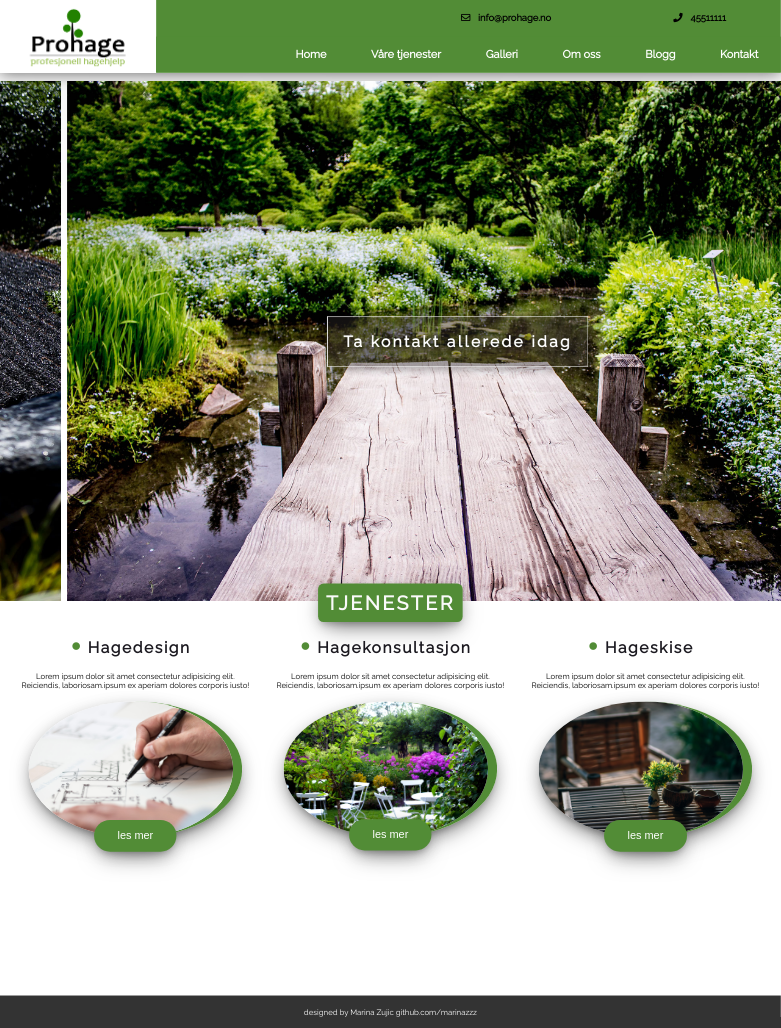
Repository: marinazzz/garden-design-website
Page: Garden design website/index.html
An editor plug-in stored every save of this project. The page is shown before and after the next save, followed by the edit.
The browser window is 1280 px wide. The pictures show the whole page, at 61% of full size.

Above is the page before, as saved 2020-04-01 12:44:36.

### Garden design website/index.html
<!DOCTYPE html>
<html lang="nb">
<head>
    <title>Hagedesign Oslo</title>
    <link rel="stylesheet" type="text/css" href="CSS/fontawesome-free-5.12.1-web/css/all.min.css">
    <link rel="stylesheet" type="text/css" href="CSS/style.css"/>
    <link rel="stylesheet" type="text/css" href="CSS/min-width-768px.css">
    <link rel="stylesheet" type="text/css" href="CSS/min-width-992px.css">
    <link rel="stylesheet" href="https://cdnjs.cloudflare.com/ajax/libs/animate.css/3.7.2/animate.min.css">
    <link rel="stylesheet" type="text/css" href="PLUGINS/glide-master/dist/css/glide.core.min.css" />
    <link rel="stylesheet" type="text/css" href="PLUGINS/glide-master/dist/css/glide.theme.min.css" />
    <link href="https://fonts.googleapis.com/css?family=Raleway&display=swap" rel="stylesheet">
    <meta name="viewport" content="width=device-width, initial-scale=1" charset="UTF-8">
</head>
<body>
    <header class="header--white-green">
        <div class="wrapper">
        <div class="container__menu--small container__menu"> <!--grid container-->
            <div class="container__logo"> <!--1.column-->
                <img class="logo"src="images/prohage black.png" alt="Prohage logo">
            </div>
            <div class="container__items--small container__items"> <!--2.column-->
                <div class="container__item"> <!--1.row-->
                     <a href="mailto:info@prohage.no"
                         class ="container__item-txt"><i class="far fa-envelope"></i>info@prohage.no</a>
                     <a href="tlf:45511111"
                         class="container__item-txt"><i class="fas fa-phone"></i>45511111</a>
                </div>
               <div class="container__item-bottom"> <!--2.row-->
                   <button class="menu__toggle">
                       <i class="fas fa-bars"></i>
                   </button>
                   <nav id="menu">
                        <ul class="menu__list">
                            <li class="menu__item">
                                <a class="menu__link" href="home">Home</a>
                            </li>
                            <li class="menu__item">
                                <a class="menu__link" href="#services">Våre tjenester</a>
                            </li>
                            <li class="menu__item">
                                <a class="menu__link" href="#gallery">Galleri</a>
                            </li>
                            <li class="menu__item">
                                <a class="menu__link" href="#about">Om oss</a>
                            </li>
                            <li class="menu__item">
                                <a class="menu__link" href="#blog">Blogg</a>
                            </li>
                            <li class="menu__item">
                                <a class="menu__link" href="kontakt">Kontakt</a>
                            </li>
                       </ul>
                   </nav>
               </div>
            </div>
            </div>
        </div>
        <section id="main-photo">
            <div class="glide">
                <div class="glide__track"
                     data-glide-el="track">
                    <ul class="glide__slides">
                        <li class="glide__slide">
                            <img class="main-photo__item"
                                 srcset="images/daylight-environment-garden-2000.jpg 2000w,
                                         images/daylight-environment-garden-1000.jpg 1000w"
                                 sizes="(min-width: 1440px) 2000px, 100vw"
                                 src="images/daylight-environment-garden-2000.jpg" alt="Garden and plants" />
                                 <h1 class="main-photo__title">Profesjonell hagehjelp</h1>
                        </li>
                        <li class="glide__slide">
                            <img class="main-photo__item"
                                 srcset="images/main-header-photo-2000.jpg 2000w,
                                          images/main-header-photo-1000.jpg 1000w"
                                 sizes="(min-width: 1440px) 2000px, 100vw"
                                 src="images/main-header-photo-2000.jpg" alt="Garden and plants" />
                                 <h1 class="main-photo__title">Ta kontakt allerede idag</h1>
                                </li>
                        <li class="glide__slide">
                            <img class="main-photo__item"
                                 srcset="images/header-photo-2000.jpg 2000w,
                                         images/header-photo-1000.jpg 1000w"
                                 sizes="(min-width: 1440px) 2000px, 100vw"
                                 src="images/header-photo-2000.jpg" alt="Garden designed by proffesional" />
                                 <h1 class="main-photo__title">Rådgiving og tipser</h1>
                        </li>
                        <li class="glide__slide">
                            <img class="main-photo__item"
                                 srcset="images/bloom-blooming-blur-2000.jpg 2000w,
                                         images/bloom-blooming-blur-1000.jpg 1000w"
                                 sizes="(min-width: 1440px) 2000px, 100vw"
                                 src="images/bloom-blooming-blur-2000.jpg" alt="Garden designed by proffesional" />
                                 <h1 class="main-photo__title">Følg vår hageblogg</h1>
                        </li>
                    </ul>
                </div>
                <!--<div class="glide__arrows"
                         data-glide-el="controls">
                        <button class="glide__arrow glide__arrow--left"
                                data-glide-dir="<">
                            <i class="fas fa-chevron-circle-left"></i>
                        </button>
                        <button class="glide__arrow glide__arrow--right"
                                data-glide-dir=">">
                            <i class="fas fa-chevron-circle-right"></i>
                        </button>
                    </div>-->
            </div>

            <!--<img class="main-photo__item1"
                 srcset="images/architecture-clouds-daylight-2000.jpg 2000w,
                         images/architecture-clouds-daylight-1000.jpg 1000w"
                 sizes="(min-width: 1440px) 2000px, 100vw"
                 src="images/architecture-clouds-daylight-2000.jpg" alt="Garden">
            <img class="main-photo__item2"
                 srcset="images/header-photo-2000.jpg 2000w,
                         images/header-photo-1000.jpg 1000w"
                 sizes="(min-width: 1440px) 2000px, 100vw"
                 src="images/header-photo-2000.jpg" alt="Garden designed by proffesional" >
            <img class="main-photo__item3"
                 srcset="images/main-header-photo-2000.jpg 2000w,
                         images/main-header-photo-1000.jpg 1000w"
                 sizes="(min-width: 1440px) 2000px, 100vw"
                 src="images/main-header-photo-2000.jpg" alt="Garden and plants" >
            <h1 class="main-photo__title">Profesjonell hagehjelp</h1>-->
        </section>
     </header>
     <main>
         <section id="services" class="section--white-green section__container">
            <h1 class="services__title">Tjenester</h1>
            <div class="services__wrapp">
            <section class="services__item">
                <div class="item-title__wrapp">
                    <i class="fas fa-circle"></i>
                    <h2 class="services__item-title">Hagedesign</h2>
                </div>
                <p class="services__txt">Lorem ipsum dolor sit amet consectetur adipisicing elit. Reiciendis, laboriosam.ipsum ex aperiam dolores corporis iusto!</p>
                <div class="button__position">
                     <img class="services__photo" src="images/person-holding-black-pen-1109541.jpg" alt="Hagedesigner tegner">
                     <button class="services__toggle">les mer</button>
                </div>
            </section>
            <section class="services__item">
                <div class="item-title__wrapp">
                    <i class="fas fa-circle"></i>
                    <h2 class="services__item-title">Hagekonsultasjon</h2>
                </div>
                <p class="services__txt">Lorem ipsum dolor sit amet consectetur adipisicing elit. Reiciendis, laboriosam.ipsum ex aperiam dolores corporis iusto!</p>
                <div class="button__position">
                    <img class="services__photo" src="images/colorful-garden-1226667-1919x1272.jpg" alt="Hagekonsultasjon med hagedesigner"> <!--smaller picture than other 2-->
                    <button class="services__toggle">les mer</button>
                </div>
            </section>
            <section class="services__item">
                <div class="item-title__wrapp">
                    <i class="fas fa-circle"></i>
                    <h2 class="services__item-title">Hageskise</h2>
                </div>
                <p class="services__txt">Lorem ipsum dolor sit amet consectetur adipisicing elit. Reiciendis, laboriosam.ipsum ex aperiam dolores corporis iusto!</p>
                <div class="button__position">
                    <img class="services__photo" src="images/selective-focus-photography-of-green-leafed-plant-on-table-1424464.jpg" alt="Hagedesigner hjelp">
                    <button class="services__toggle">les mer</button>
                </div>
            </section>
            </div>
         </section>
         <section id="gallery">


        </section>
         <article id="blog-posts">

         </article>
         <section id="about oss">

        </section>
     </main>
     <footer>
	     <p>designed by Marina Zujic
		     <a href="https://github.com/marinazzz">github.com/marinazzz</a>
	     </p>
     </footer>
     <script src="PLUGINS/glide-master/dist/glide.min.js"></script>
     <script>
        new Glide('.glide', {
            type: 'carousel',
            autoplay: true,
            hoverpause: false,
            perView: 1,
            animationDuration: 10000
        }).mount()
      </script>
     <script src="JS/js-app.js"></script>
</body>
</html>

### Garden design website/CSS/style.css
html {
  font-size: 62.5%;
}

body {
  margin: 0;
  padding: 0;
  text-align: center;
  box-sizing: border-box;
  font-family: 'Raleway', sans-serif;
}

       /*__ HEADER__ */

/*color styles*/
.header--white-green {
  --header-bg-color: #528C36;
  --header-link-color: black;
  --header-menu-link: #fff;
  --header-toggle-color: #528C36;
}

/*main style*/
.container__menu--small {
  display: flex;
  justify-content: space-around;
  box-shadow: 0 0 2rem 0 rgba(0, 0, 0, 0.24), 0 0 30rem 0 rgba(0, 0, 0, 0.2);
}

.logo {
  max-height: 8rem;
  background: white;
}

.container__items--small {
  display: grid;
  grid-template-rows: 1fr 1fr;
  align-content: flex-end;
  width: 250px;
}

.container__item {
  align-self: center;
}

.container__item,
.container__item-bottom {
  text-align: end;
}

.container__item-txt {
  color: var(--header-link-color);
  text-decoration: none;
  font-size: 1.2rem;
}

.container__item > a:first-of-type {
  padding-right: 1.6rem;
}

.container__item-bottom > nav {
  text-align: center;
}

.menu__toggle {
  color: var(--header-bg-color);
  box-sizing: border-box;
  border: none;
  background-color: transparent;
  outline: none;
  font-size: 3rem;
  line-height: 0;
  padding: 0.5rem;
  color: var(--header-toggle-color);
  position: relative;
  z-index: 100;
}

.fa-phone,
.fa-envelope {
  margin-right: 1rem;
}


/* MENU */

#menu {
  display: none;
  position: absolute;
  top: auto;
  left: 0;
  width: 100%;
  padding-top: 1rem;
  background-color: var(--header-bg-color);
  z-index: 20;
}

.menu__list {
  padding: 0;
  margin: 0;
  display: flex;
  flex-direction: column;
}

.menu__item {
  display: block;
  margin-bottom: 1rem;
}

.menu__link {
  color: var(--header-menu-link);
  text-decoration: none;
  font-size: 1.4rem;
}

#menu.menu-opened {
  display: block;
}


/*FOR SMALL DEVICES*/

@media screen and (max-width: 420px) {

  .logo {
    max-height: 7rem;
  }

  .container__items--small {
    width: auto;
    align-self: center;
  }

  .container__item > a:first-of-type {
    padding-right: 1.3rem;
  }

  .container__item {
    text-align: center;
  }

  .fa-phone, .fa-envelope {
    margin-right: 0.3rem;
  }
}

/* MAIN PICTURE */

#main-photo {
  width: 100%;
  padding-top: 1rem;
}

.main-photo__title {
  position: absolute;
  color: white;
  background-color:#524a4a3b;
  border: 0.1rem solid white;
  filter: drop-shadow(2px 4px 6px black);
  padding: 2rem;
  margin: 0 auto;
  font-size: 1.5rem;
  letter-spacing: 0.2rem;
  top: 50%;
  left: 50%;
  transform: translate(-50%, -50%);
}



/* GLIDE SLIDER CSS OVERRIDES */

.glide__slides {
  margin: 0;
}

.glide__slide {
  position: relative;
}

/*#main-photo .glide__arrow  {
  font-size: 4rem;
  padding: 0;
  border-color: transparent;
  box-shadow: none;
  border-radius: 50%;
  line-height: 0;
  transition: all 200ms ease-in-out;
}

#main-photo .glide__arrow:hover {
  border-color: #252525;
  color: #252525;
}*/



/*#main-photo {
  position: relative;
}

.main-photo__item {
   width: 100%;
}

.main-photo__title {
  position: absolute;
  bottom: 1rem;
  left: 20rem;
  font-size: 2rem;
}*/



/*1. COLOR OPTION*/
/* CSS variables*/
/* :root {
  --header-bg-color: #4daa57;
  --header-top-bg-color: #252525;
  --header-toggle-color: #fff;
}*/

/*.top-header__item {
  color: var(--header-link-color);
  text-decoration: none;
  font-size: 1.4rem;
}*/


/*------MAIN----------*/

/* SECTIONS */

/*Common styles for sections*/

/*color styles*/
.section--white-green {
  --section-bg: #FAFAFA;
  --section-title-bg: #528C36;
  --section-border-color: #528C36;
  --section-h2-color: #1C1A21;
  --buttons-services-color: #528C36;
}

/*layout*/
.services__wrapp {
  padding: 1rem 1rem 0 1rem;
  display: flex;
  flex-direction: column;
}

/*#services, #gallery, #reviews, #about {
  padding: 0.5rem;
  background: var(--section-bg);
}*/

/*.services-title, .gallery-title, .about-title {
  font-size: 2.5rem;
  margin: 0 9rem;
  padding-top: 1.6rem;
  letter-spacing: 0.32rem;
  border-bottom: var(--section-border-color) solid 0.25rem;
}*/


/* SECTION SERVICES */

.services__title {
  font-size: 2.5rem;
  position: absolute;
  left: 50%;
  transform: translate(-50%, -50%);
  border-radius: 0.7rem;
  color: #fafafa;
  background: var(--section-title-bg);
  letter-spacing: 0.32rem;
  padding: 1rem;
  margin: 0 auto;
  text-transform: uppercase;
}

.services__title,
.services__photo,
.services__toggle {
  box-shadow: 0 16px 38px -12px rgba(0, 0, 0, 0.56), 0 4px 25px 0px rgba(0, 0, 0, 0.12), 0 8px 10px -5px rgba(0, 0, 0, 0.2);
}

.services__item {
  padding-top: 5rem;
}

.item-title__wrapp {
  display: flex;
  justify-content: center;
  align-items: center;
}

.fas,
.fa-circle {
  color: var(--buttons-services-color);
}

.services__item-title {
  color: var(--section-h2-color);
  letter-spacing: 0.2rem;
  margin: 0.5rem 0 0.5rem 0;
  font-size: 2rem;
  padding: 0 1rem;
}

.services__txt {
  margin: 0;
  padding: 1.5rem;
}

.button__position {
  position: relative;
}

.button__position > button {
  position: absolute;
  bottom: -15%;
  left: 50%;
  transform: translate(-50%, -50%);
}

.services__photo {
  overflow: hidden;
  border-radius: 50%;
  border-right: solid 1.2rem var(--section-border-color);
  width: 80%;
}

.services__toggle {
  background: var(--buttons-services-color);
  border-radius: 3rem;
  box-sizing: border-box;
  border: none;
  font-size: 1.4rem;
  padding: 1.2rem 3rem;
  color: #fff;
}


/*FOOTER*/

footer {
  background: #333333;
  padding: 0.5rem;
  margin-top: 20rem; /*temporary*/
  color: white;
}

footer a {
  color: white;
  text-decoration: none;
}

### Garden design website/CSS/min-width-768px.css
@media screen and (min-width: 768px) {

  html {
    font-size: 70%;
  }

   /* HEADER */


   .container__menu,
   .container__items {
    display: grid;
   }

   .container__menu {
    grid-template-columns: 2fr 80%;
    box-shadow: 0 0 2rem 0 rgba(0, 0, 0, 0.62), 0 0 30rem 0 rgba(0, 0, 0, 0.19);
  }

  .container__items {
    grid-template-rows: 1fr 1fr;
    background: var(--header-bg-color);
    width: auto;
  }

  .container__item,
  .container__item-bottom {
    display: flex;
  }

  .container__item {
    align-self: center;
    justify-content: space-around;
    /*padding-left: 23rem;*/
  }

  .container__item > a:first-of-type {
    padding-left: 10rem;
  }

  .container__item-bottom {
    align-items: center;
  }

  .menu__toggle {
    display: none;
  }

  /* NAVIGATION */

  #menu,
  .menu-opened .menu__item .menu__link {
    display: block;
  }

  #menu {
    position: static;
    padding: 0;
    top: 0;
  }

  #menu,
  .menu_list {
    height: 100%;
  }

  .menu__list {
    height: 100%;
    flex-direction: row;
    justify-content: center;
    align-items: center;
    padding-left: 5rem;
  }

  .menu__item {
    height: 100%;
    display: block;
    flex-grow: 1;
    margin: 0;
    line-height: 4.5rem;
  }

  .menu__item:hover {
    background-color:#272727;
  }

  .menu__link:active {
    color:black;
  }

  .menu__link,
  .container__item-txt {
    font-weight: bold;
  }

  /* color styles */

  :root {
    /*header*/
    --header-bg-color:#528C36;
    --link-color: #FCFDF9;
  }

  /* MAIN PHOTO */

  .main-photo__title {
    font-size: 2rem;
    letter-spacing: 0.3rem;
}


/* SECTIONS */

/*Common styles for sections*/
/*layout*/
.services__wrapp {
  flex-direction: row;
}

.services__item {
  padding-top: 3rem;
}

.button__position > button {
  bottom: -20%;
}

}

### Garden design website/CSS/min-width-992px.css
@media screen and (min-width: 992px) {
    html {
        font-size: 80%;
    }

   /* HEADER */

    .logo {
        max-height: 9rem;
    }

    .container__items {
        width: auto;
    }

    .container__item {
        padding-left: 22rem;;
    }

    .container__item-bottom,
    .container__items {
        padding: 0;
    }

    #menu {
        padding-left: 10rem;
    }
}

@media screen and (min-width: 1440px) {

    /* HEADER */
    .container__menu {
        max-width: 1500px;
        margin: 0 auto;
    }

    .container__item {
        padding-left: 47rem;;
    }

    #menu {
        padding-left: 30rem;
    }


    /* MAIN PHOTO */

    .main-photo__title {
        font-size: 3rem;
        letter-spacing: 0.5rem;
    }
}

@media screen and (min-width: 2560px) {

    .logo {
        max-height: 12rem;
    }

    .container__item {
        justify-self: center;
    }

    .container__item > a:first-of-type {
        padding: 0 13rem;
    }

    .container__item-bottom {
        padding: 0 40rem;
    }

    /*content on middle*/

    .container__menu {
        max-width: 2000px;
    }

    .container__item-bottom,
    .container__items {
        padding: 0;
    }

    #menu,
    .container__item {
        padding-left: 50rem;
    }

    /* SECTIONS */

    .section__container {
        max-width: 2000px;
        margin: 0 auto;
    }

    .button__position > button {
        bottom: -10%;
      }
}

### Garden design website/JS/js-app.js
let mainNav = document.getElementById("menu");

let navBarToggle = document.querySelector(".menu__toggle");

navBarToggle.addEventListener("click", function () {

    mainNav.classList.toggle("menu-opened");
});

Loaded but not shown: Garden design website/CSS/fontawesome-free-5.12.1-web/css/all.min.css (library); Garden design website/PLUGINS/glide-master/dist/css/glide.core.min.css (common file); Garden design website/PLUGINS/glide-master/dist/css/glide.theme.min.css (common file); Garden design website/PLUGINS/glide-master/dist/glide.min.js (library)

After the next save:
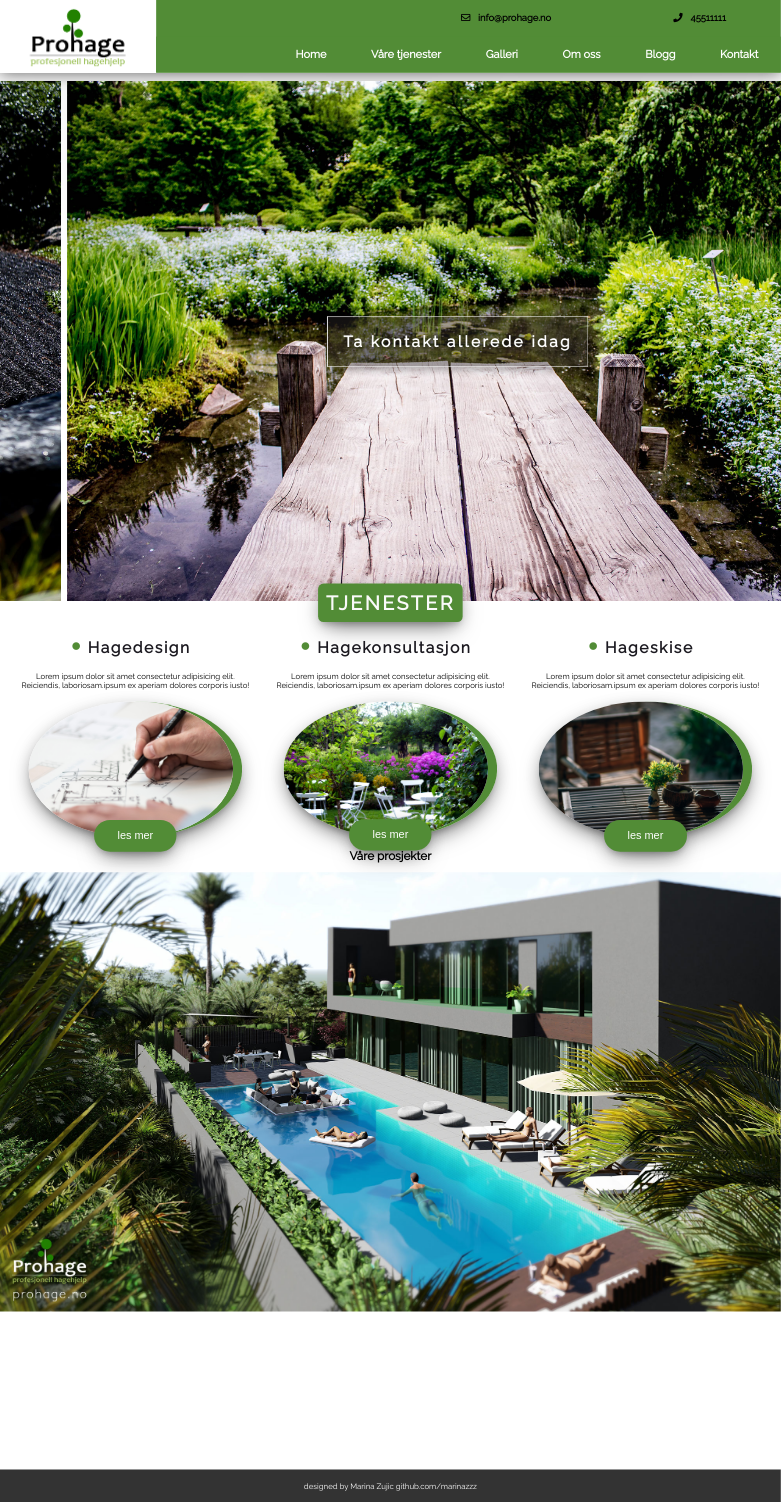
Saved 27 min 29 s later.
--- a/Garden design website/index.html
+++ b/Garden design website/index.html
@@ -166,6 +166,15 @@
             </div>
          </section>
          <section id="gallery">
+            <h1 class="gallery__title">Våre prosjekter</h1>
+            <div class="gallery__wrapp">
+                <img class="gallery__item1"
+                 srcset="images/gallery-photo1-2000.jpg 2000w,
+                         images/gallery-photo1-1000.jpg 1000w"
+                 sizes="(min-width: 1440px) 2000px, 100vw"
+                 src="images/gallery-photo1-2000.jpg" alt="Hagedesign terrase">
+            </div>
+
 
 
         </section>
